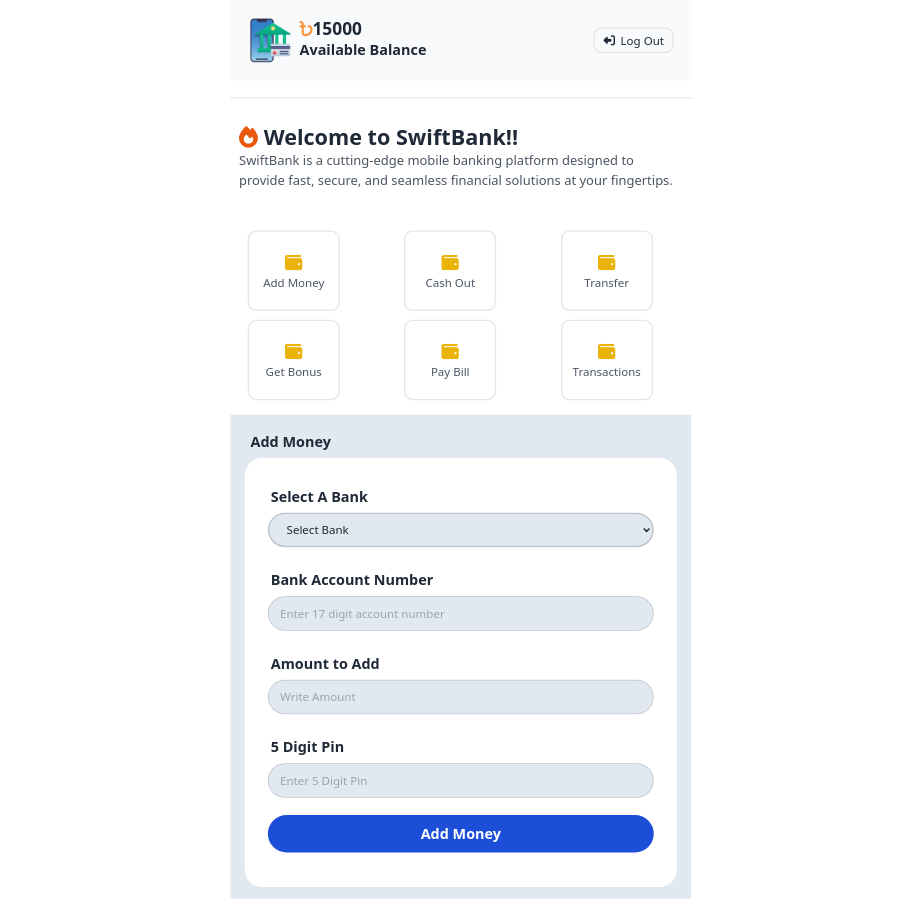
Repository: mukaddam-coder/swift-bank-mobile-banking
Page: home.html
The author's editor kept a copy of each file at every save. The page is drawn from the files as they stood at one save, then again after the next save.
The browser window is 1280 px wide. The pictures show the whole page, at 72% of full size.
Some web libraries are served in a nearby version.

Above is the page before, as saved 2024-12-13 18:47:40.
Console error: TypeError: Cannot read properties of null (reading 'addEventListener')

After the next save:
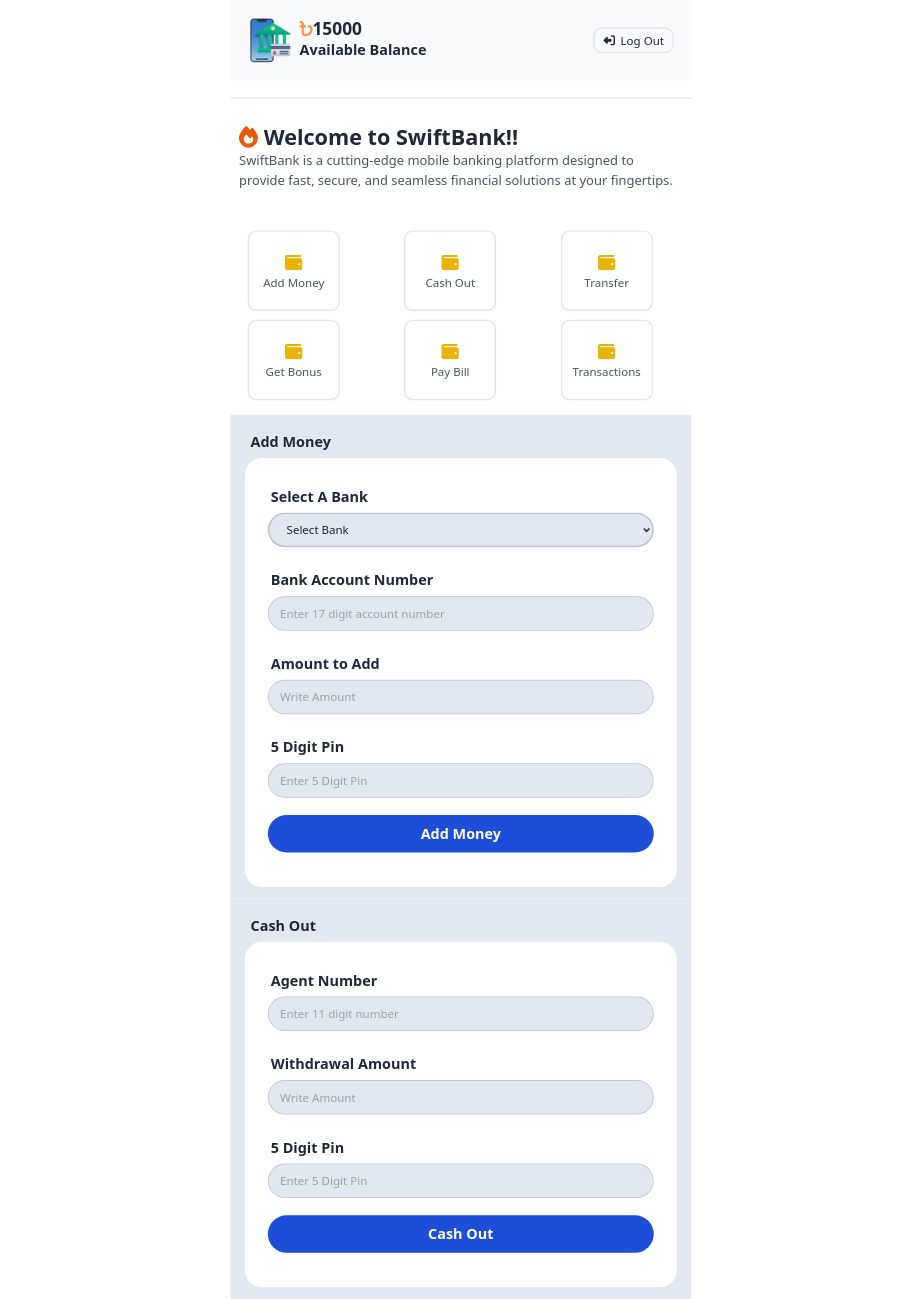
Saved 96 s later.
--- a/home.html
+++ b/home.html
@@ -145,7 +145,7 @@
       <!-- Add Money Section End -->
 
       <!-- Cash Out Section Start -->
-      <section id ="cash-out-section" class=" hidden w-1/2 mx-auto px-5 py-4 bg-slate-200">
+      <section id ="cash-out-section" class="w-1/2 mx-auto px-5 py-4 bg-slate-200">
         <h2 class="p-2 font-bold text-xl">Cash Out</h2>
         <form class="card-body bg-white rounded-3xl">
             <div class="form-control mb-4">

After the save that followed:
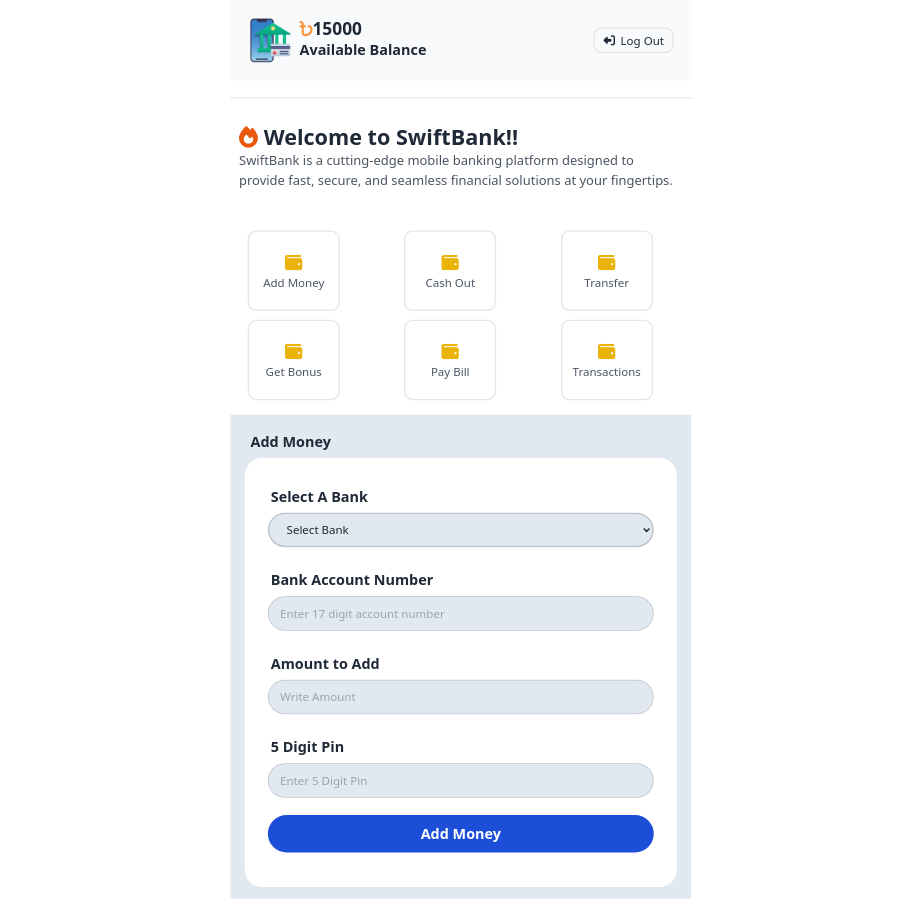
Saved 30 s later.
--- a/home.html
+++ b/home.html
@@ -145,7 +145,7 @@
       <!-- Add Money Section End -->
 
       <!-- Cash Out Section Start -->
-      <section id ="cash-out-section" class="w-1/2 mx-auto px-5 py-4 bg-slate-200">
+      <section id ="cash-out-section" class="hidden w-1/2 mx-auto px-5 py-4 bg-slate-200">
         <h2 class="p-2 font-bold text-xl">Cash Out</h2>
         <form class="card-body bg-white rounded-3xl">
             <div class="form-control mb-4">
